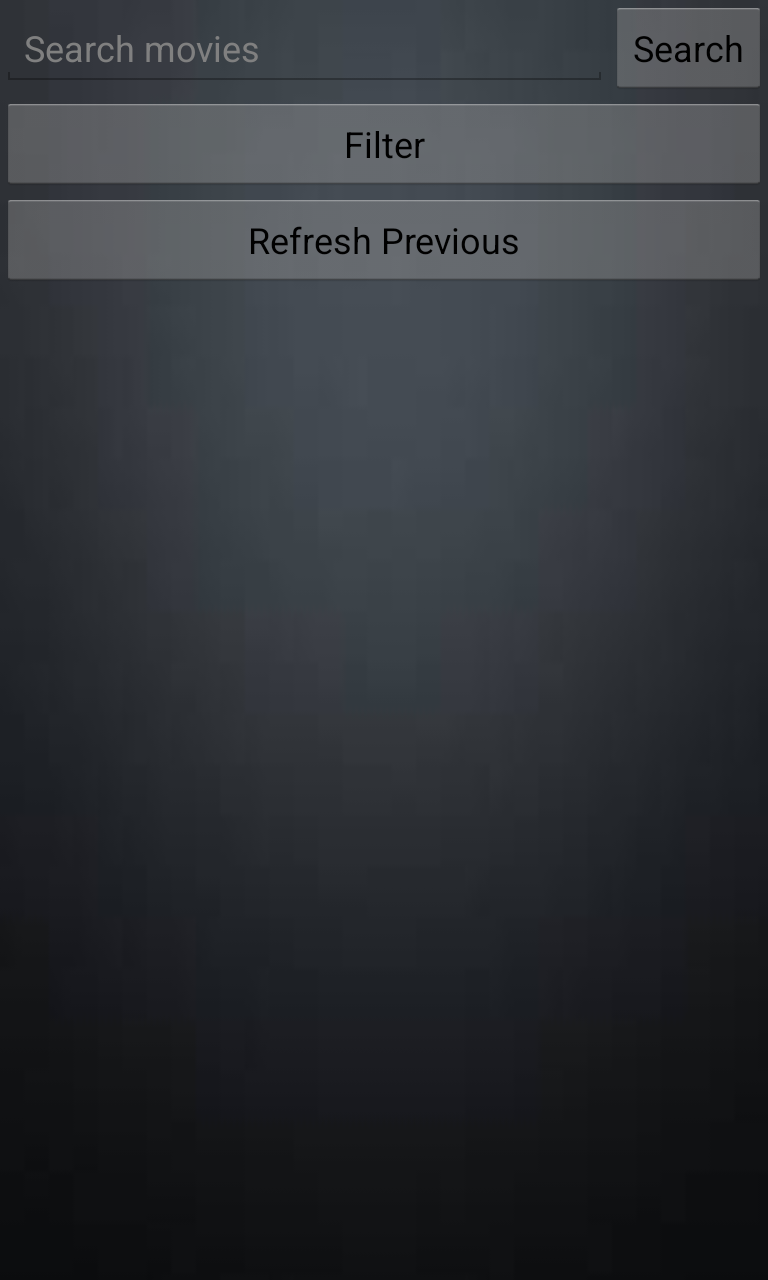
Repository: Tupling/Android-MovieDB
Layout: Java2_Android_App/MovieDB/res/layout/linear_layout.xml
The author's editor kept a copy of each file at every save. The layout is drawn from the files as they stood at one save, then again after the next save.
It is drawn on a 768 x 1280 px phone screen (xhdpi) without system bars, with theme AppTheme; the app's code is not run. Lists and similar views that code fills are empty.

Above is the layout before, as saved 2013-12-13 01:59:18.

After the next save:
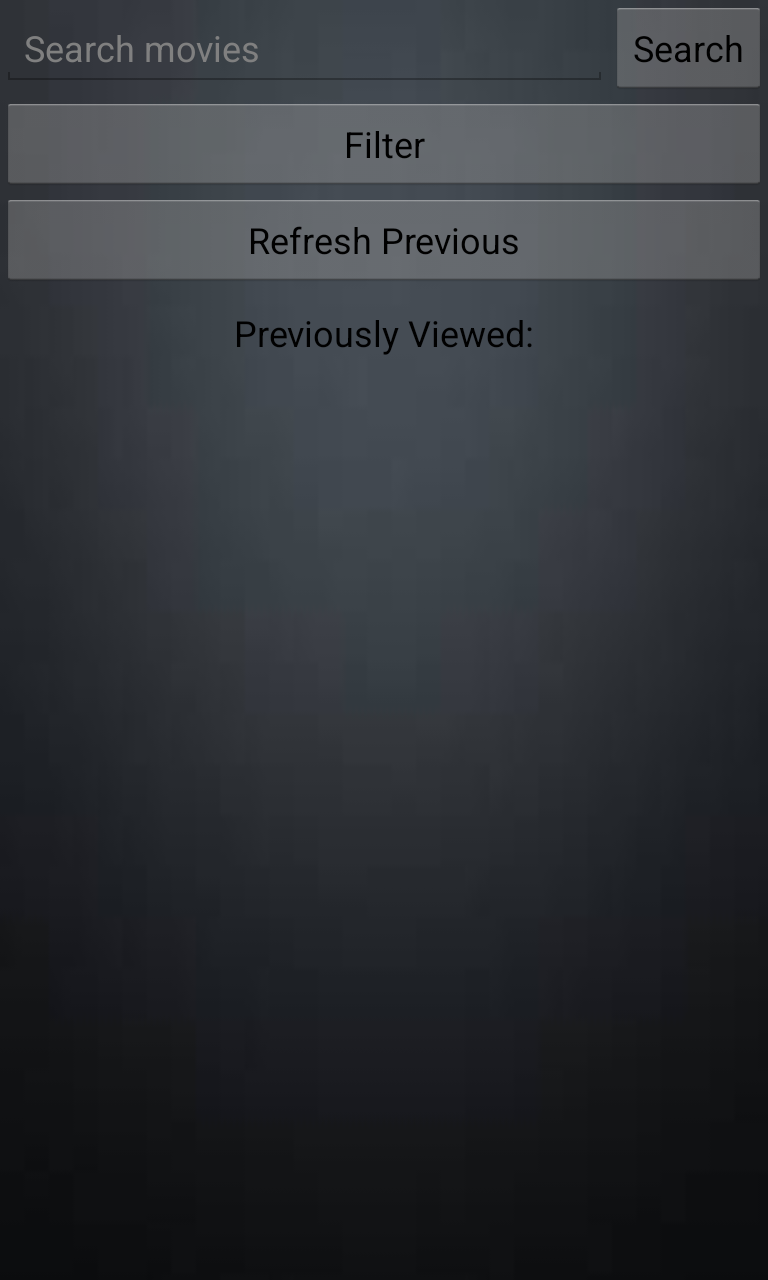
Saved 11 min 55 s later.
--- a/Java2_Android_App/MovieDB/res/layout/linear_layout.xml
+++ b/Java2_Android_App/MovieDB/res/layout/linear_layout.xml
@@ -40,6 +40,16 @@
         android:layout_height="wrap_content"
         android:text="@string/refresh_btn_text" />
 
+     <TextView
+            android:id="@+id/movie_title"
+            android:layout_width="match_parent"
+            android:layout_height="wrap_content"
+            android:layout_marginTop="10dip"
+            android:gravity="center"
+            android:textColor="#000"
+            android:textSize="18sp"
+            android:text="Previously Viewed:"/>
+
         <ListView
        android:id="@+id/movie_list"
         android:layout_width="wrap_content"
